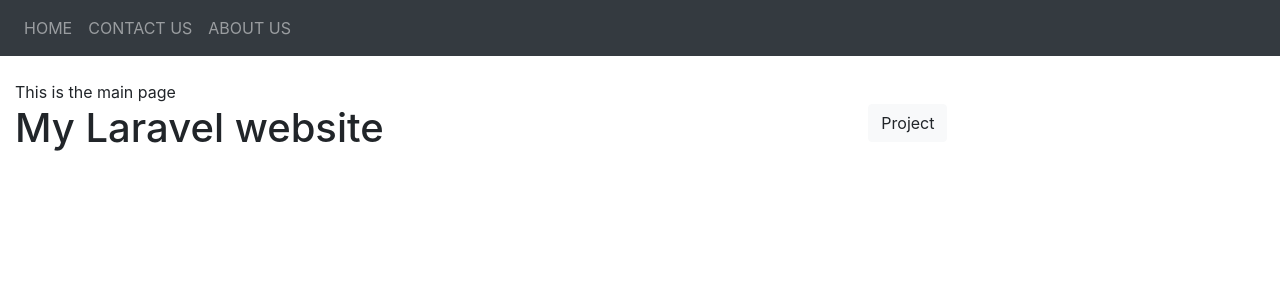
Repository: ROCKY-SAM/laravel5.7
Page: http://localhost/
An editor plug-in stored every save of this project. The page is shown before and after the next save, followed by the edit.
The browser window is 1280 px wide. The pictures show the whole page.
The page is served by the project's Laravel application, run on PHP 8.4 with Laravel 8. Queries for data that is not in the repository find no rows.

Above is the page before, as saved 2018-11-11 14:45:41.

After the next save:
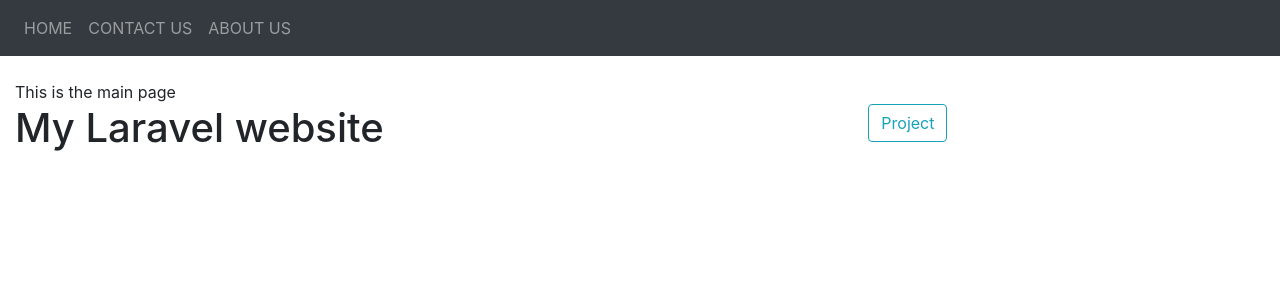
Saved 29 s later.
--- a/resources/views/welcome.blade.php
+++ b/resources/views/welcome.blade.php
@@ -10,7 +10,7 @@ This is the main page
 <br>
 <div class="row">
     <div class="col-8"> <h1>My {{ $foo }} website</h1> </div>
-    <div class="col-4"> <a href="/project/create" class="btn btn-light"> Project </a> </div>
+    <div class="col-4"> <a href="/project/create" class="btn btn-outline-info"> Project </a> </div>
 </div>
 
 
